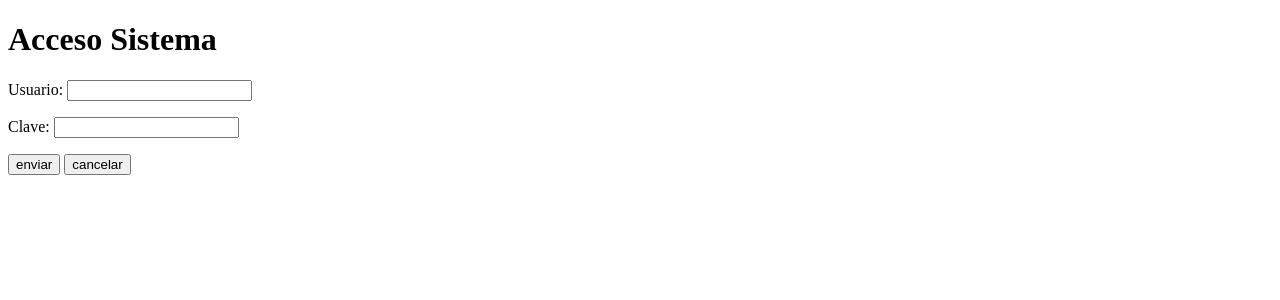
Repository: gersontp/Progra-2
Page: TrabajoFinal/src/main/resources/static/index.html
An editor plug-in stored every save of this project. The page is shown before and after the next save, followed by the edit.
The browser window is 1280 px wide. The pictures show the whole page.

Above is the page before, as saved 2017-10-14 02:55:02.

### TrabajoFinal/src/main/resources/static/index.html
<!DOCTYPE html>
<html>
<head>
<meta charset="ISO-8859-1">
<title>:: LOGIN ::</title>
</head>
<body>
	<div>
		<h1>Acceso Sistema</h1>
		<form >
			<p>
				Usuario: <input type="text"/>
			</p>
			<p>
				Clave: <input type="text"  />
			</p>
			<p>
				<input type="submit" value="enviar" />
				<input type="reset"	value="cancelar" />
			</p>
		</form>

	</div>

</body>
</html>

After the next save:
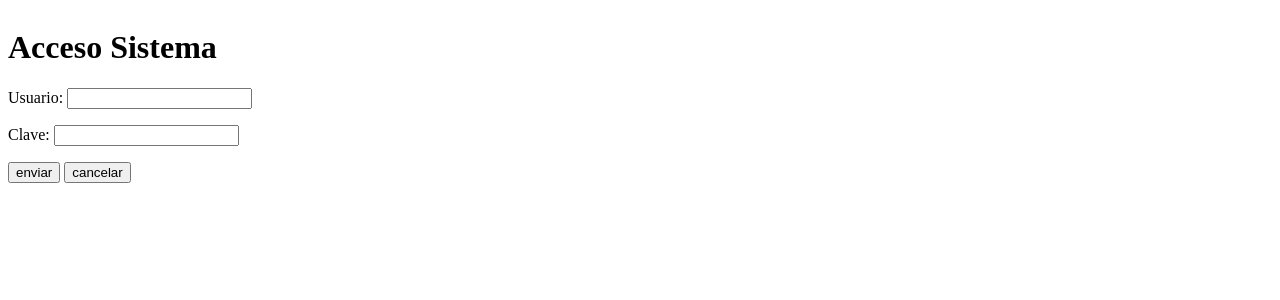
Saved 66 s later.
--- a/TrabajoFinal/src/main/resources/static/index.html
+++ b/TrabajoFinal/src/main/resources/static/index.html
@@ -5,7 +5,10 @@
 <title>:: LOGIN ::</title>
 </head>
 <body>
-	<div>
+	<div >
+	<table>
+
+	</table>
 		<h1>Acceso Sistema</h1>
 		<form >
 			<p>
